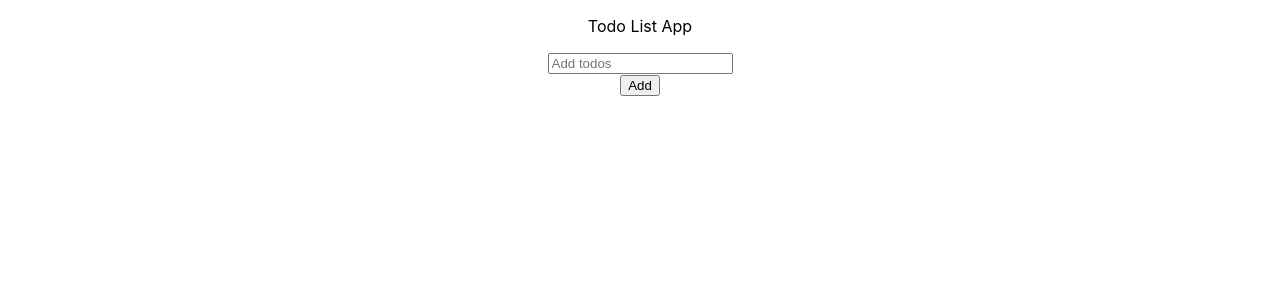
Repository: JohnKang0720/Simple-Todo-List
Page: /
The author's editor kept a copy of each file at every save. The page is drawn from the files as they stood at one save, then again after the next save.
The browser window is 1280 px wide. The pictures show the whole page.
The project was rebuilt for these pictures with package versions that can differ from the ones it lists, and the page was loaded fresh each time.

Above is the page before, as saved 2021-05-24 11:22:39.

After the next save:
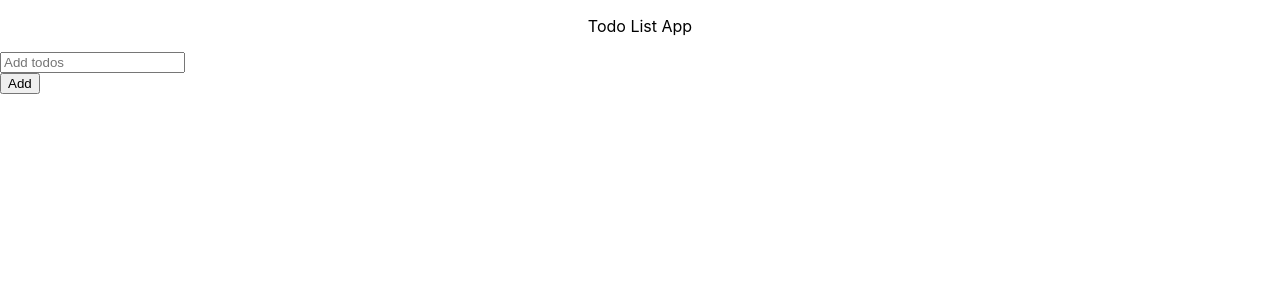
Saved 17 s later.
--- a/src/TodoList.js
+++ b/src/TodoList.js
@@ -3,7 +3,7 @@ import React, {useState} from 'react'
 function TodoList() {
     const [input, setinput] = useState('')
     const style = {
-
+        display: 'flex'
     }
 
     const onsubmit = () => {
@@ -15,7 +15,7 @@ function TodoList() {
                <input type = "text" placeholder = "Add todos"  />
 
            </form>
-           <button onClick = {onsubmit} > Add </button>
+           <button onClick = {onsubmit} style = {style}> Add </button>
         </div>
     )
 }
